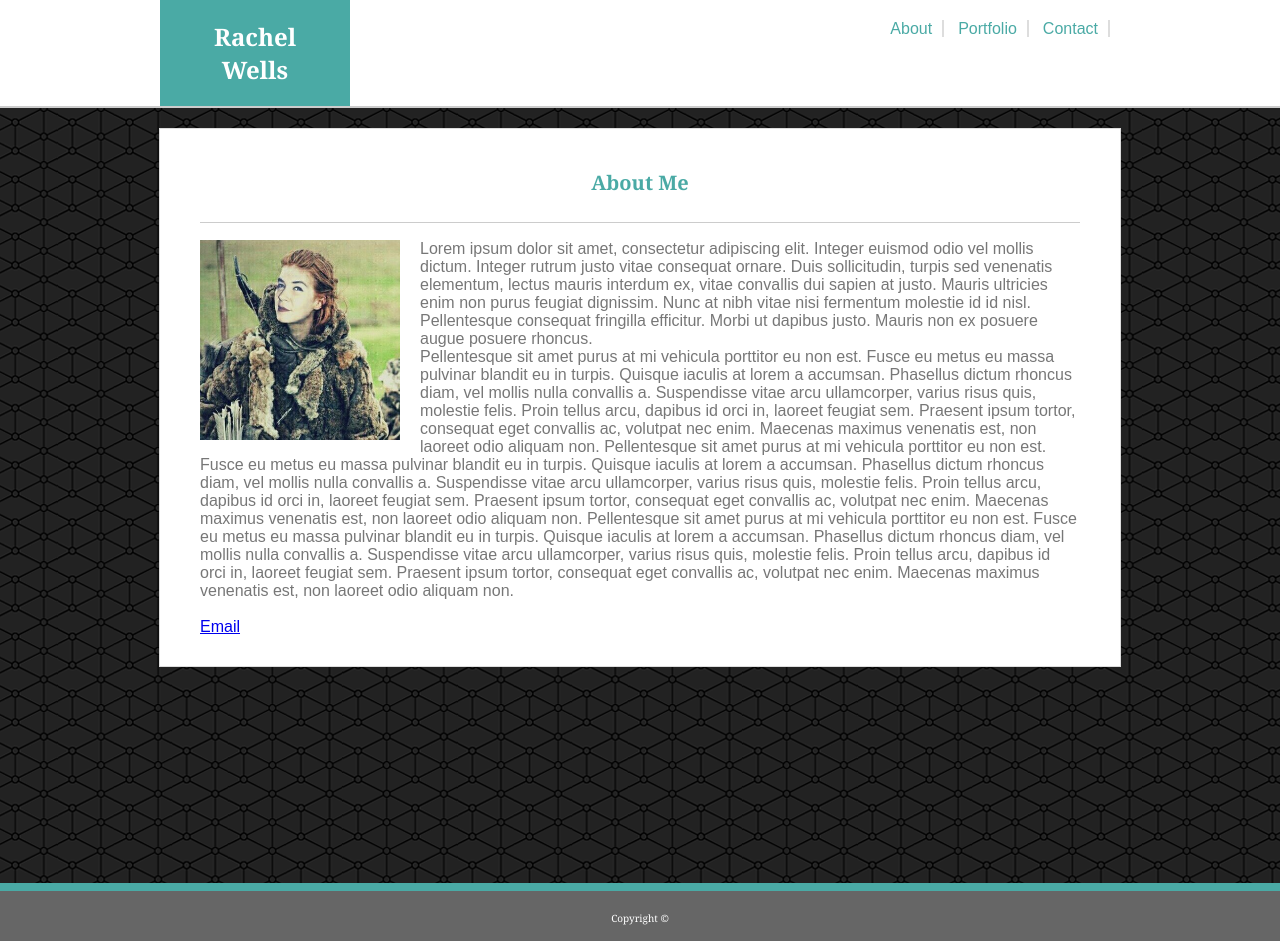
Repository: rachelsue/Responsive-Portfolio
Page: index.html
These files come from the project's save history. The page is drawn as it stood at one moment and after the next save; the edit follows.
The browser window is 1280 px wide. The pictures show the whole page.

Above is the page before, as saved 2018-12-10 21:20:12.

After the next save:
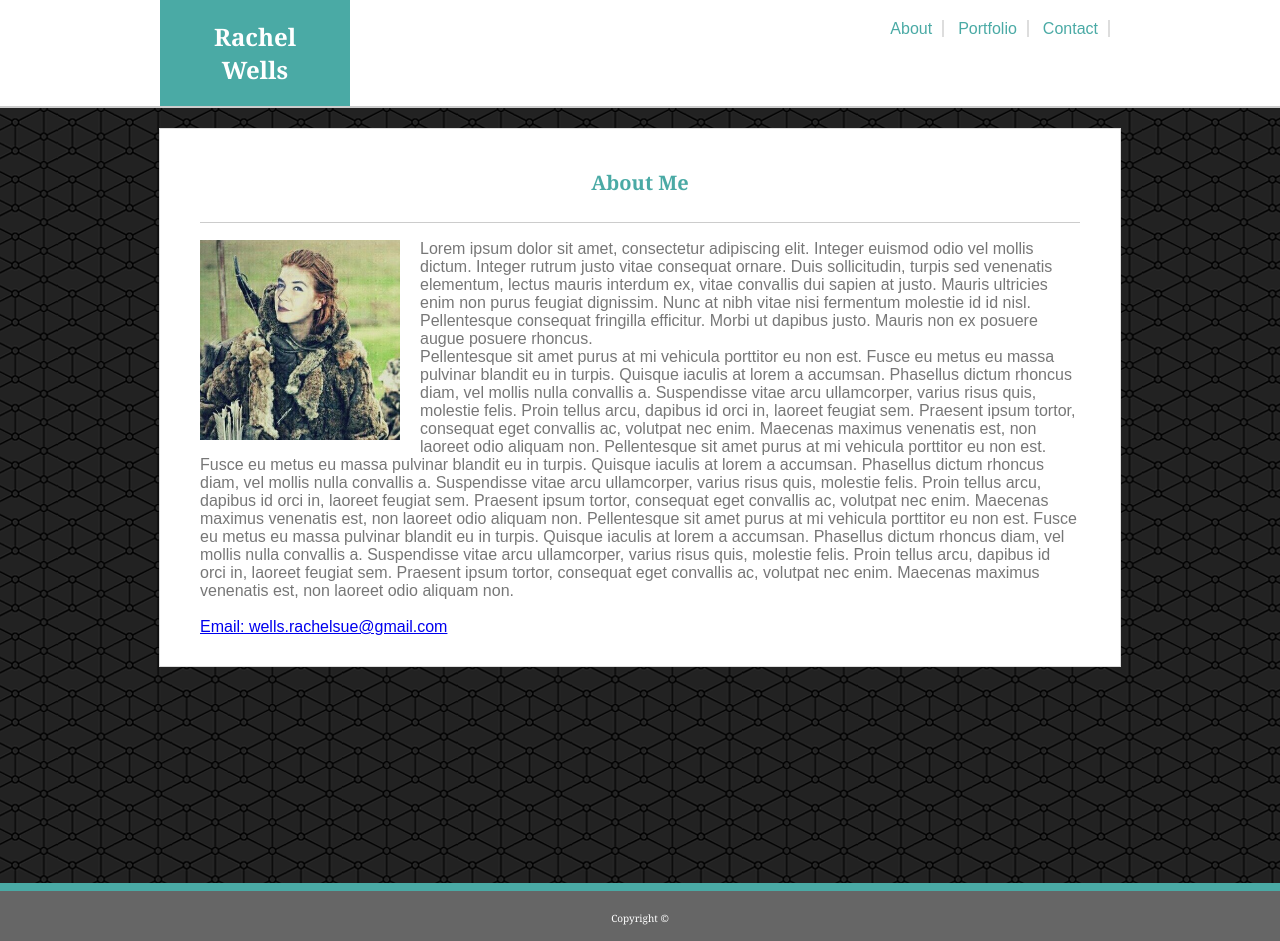
Saved 9 s later.
--- a/index.html
+++ b/index.html
@@ -65,7 +65,7 @@
                         tortor, consequat eget convallis ac, volutpat nec enim. Maecenas maximus venenatis est, non
                         laoreet odio aliquam non.
                         <br><br>
-                        <a href="mailto:wells.rachelsue@gmail.com">Email</a>
+                        <a href="mailto:wells.rachelsue@gmail.com">Email: wells.rachelsue@gmail.com</a>
                     </p>
                 </div>
             </div>
